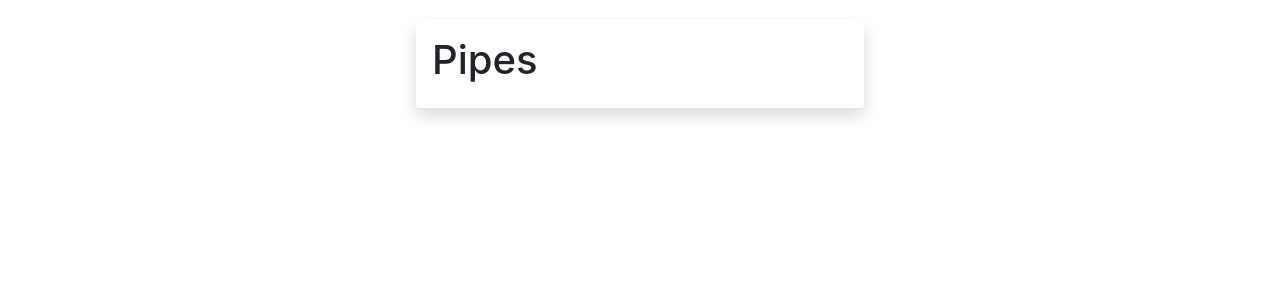
Repository: Evincars/udemy-angular
Page: / (app in pipes/)
The author's editor kept a copy of each file at every save. The page is drawn from the files as they stood at one save, then again after the next save.
The browser window is 1280 px wide. The pictures show the whole page.
The project was rebuilt for these pictures with package versions that can differ from the ones it lists, and the page was loaded fresh each time. Also part of the build but not shown: pipes/angular.json.

Above is the page before, as saved 2020-04-04 15:18:00.

After the next save:
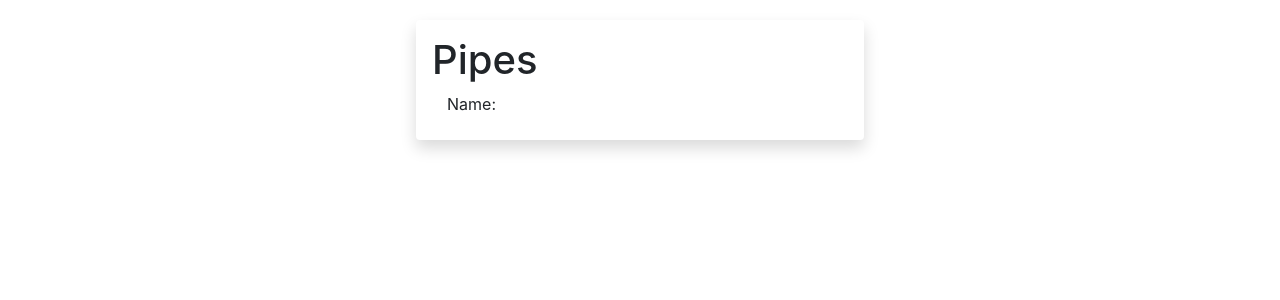
Saved 93 s later.
--- a/pipes/src/app/app.component.html
+++ b/pipes/src/app/app.component.html
@@ -1,3 +1,10 @@
 <div class="container shadow p-3 mb-5 bg-white rounded">
   <h1>Pipes</h1>
+
+  <div class="col-md-6">
+    <label>Name:</label>
+  </div>
+  <div class="col-md-6">
+
+  </div>
 </div>
